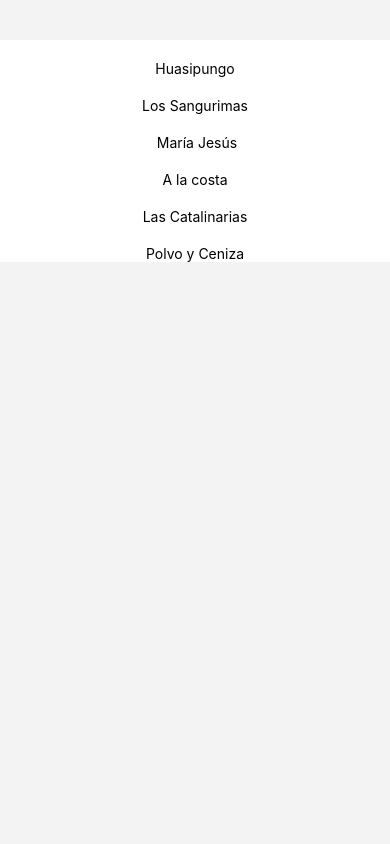
Repository: Henrybaio24/app-lista-libros
Screen: /
The author's editor kept a copy of each file at every save. The screen is drawn from the files as they stood at one save, then again after the next save.
The app was drawn by React Native's web renderer in a window 390 px wide. The project was rebuilt for these pictures with package versions that can differ from the ones it lists, and the page was loaded fresh each time.

Above is the screen before, as saved 2020-02-03 20:01:03.

After the next save:
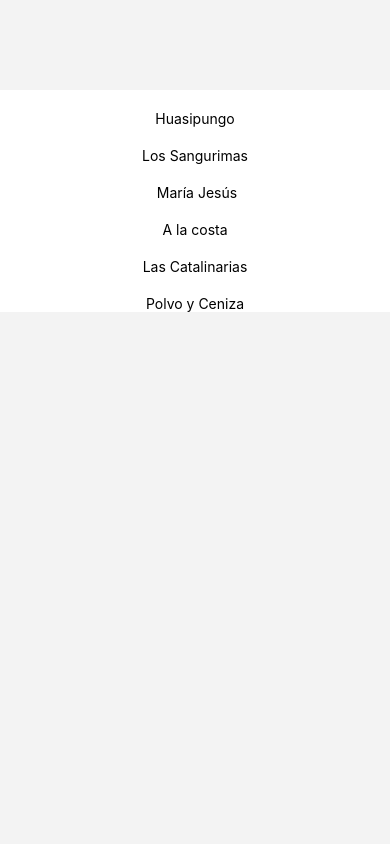
Saved 7 s later.
--- a/App.js
+++ b/App.js
@@ -41,7 +41,7 @@ const styles = StyleSheet.create({
   },
   list: {
     flex: 1,
-    paddingTop: 40,
+    paddingTop: 90,
     backgroundColor: '#F3F3F3'
   },
 });
